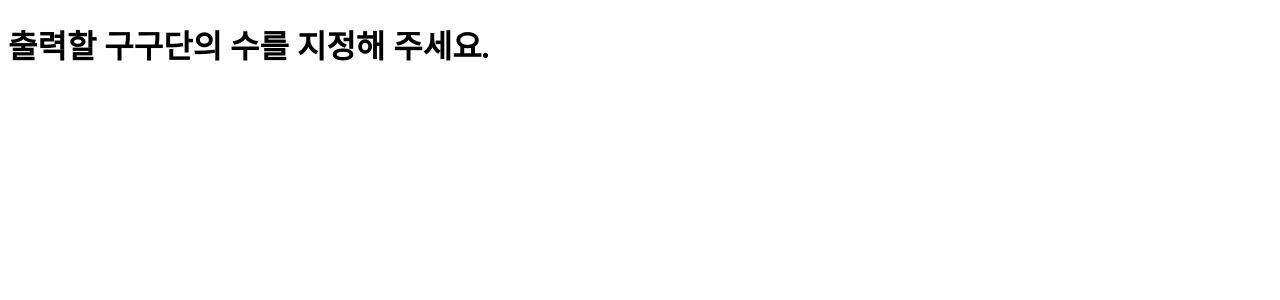
Repository: MyeongHyeonYoo/jsp_data
Page: pro06/src/main/webapp/test01/gugu.html
These files come from the project's save history. The page is drawn as it stood at one moment and after the next save; the edit follows.
The browser window is 1280 px wide. The pictures show the whole page.

Above is the page before, as saved 2022-12-06 05:48:50.

### pro06/src/main/webapp/test01/gugu.html
<!DOCTYPE html>
	<html>
	<head>
	<meta charset="UTF-8">
	<title>Insert title here</title>
	</head>
	<body>
		<h1>출력할 구구단의 수를 지정해 주세요.</h1>
		<form action="/pro06/guguTest" method="get"></form>
	</body>
</html>

After the next save:
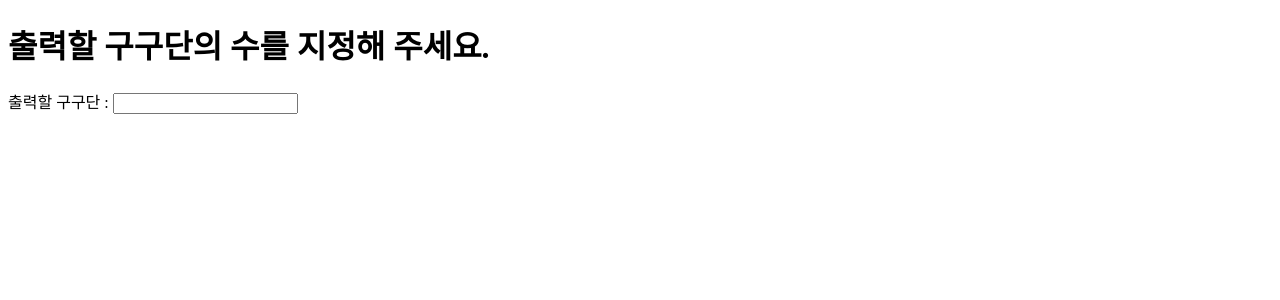
Saved 48 s later.
--- a/pro06/src/main/webapp/test01/gugu.html
+++ b/pro06/src/main/webapp/test01/gugu.html
@@ -6,6 +6,9 @@
 	</head>
 	<body>
 		<h1>출력할 구구단의 수를 지정해 주세요.</h1>
-		<form action="/pro06/guguTest" method="get"></form>
+		<form action="/pro06/guguTest" method="get">
+			출력할 구구단 : <input type="text" name="dan">
+
+		</form>
 	</body>
 </html>
